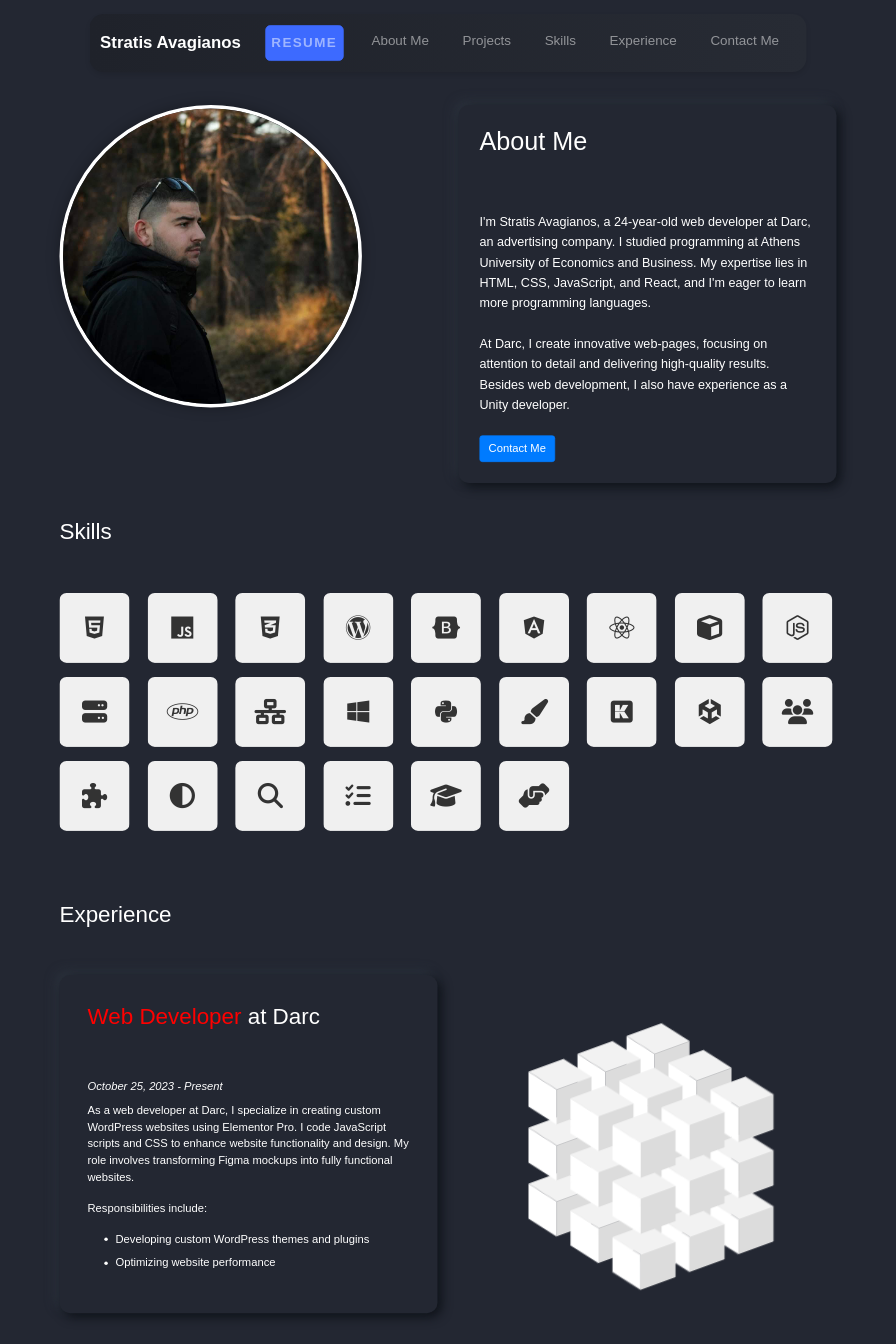
Repository: ava1313/Portfolio
Page: index.html
The author's editor kept a copy of each file at every save. The page is drawn from the files as they stood at one save, then again after the next save.
The browser window is 1280 px wide. The pictures show the part of the page from y = 0 to 1920 px (the page is 3454 px tall), at 70% of full size.
Some web libraries are served in a nearby version.

Above is the page before, as saved 2025-05-08 01:11:32.

After the next save:
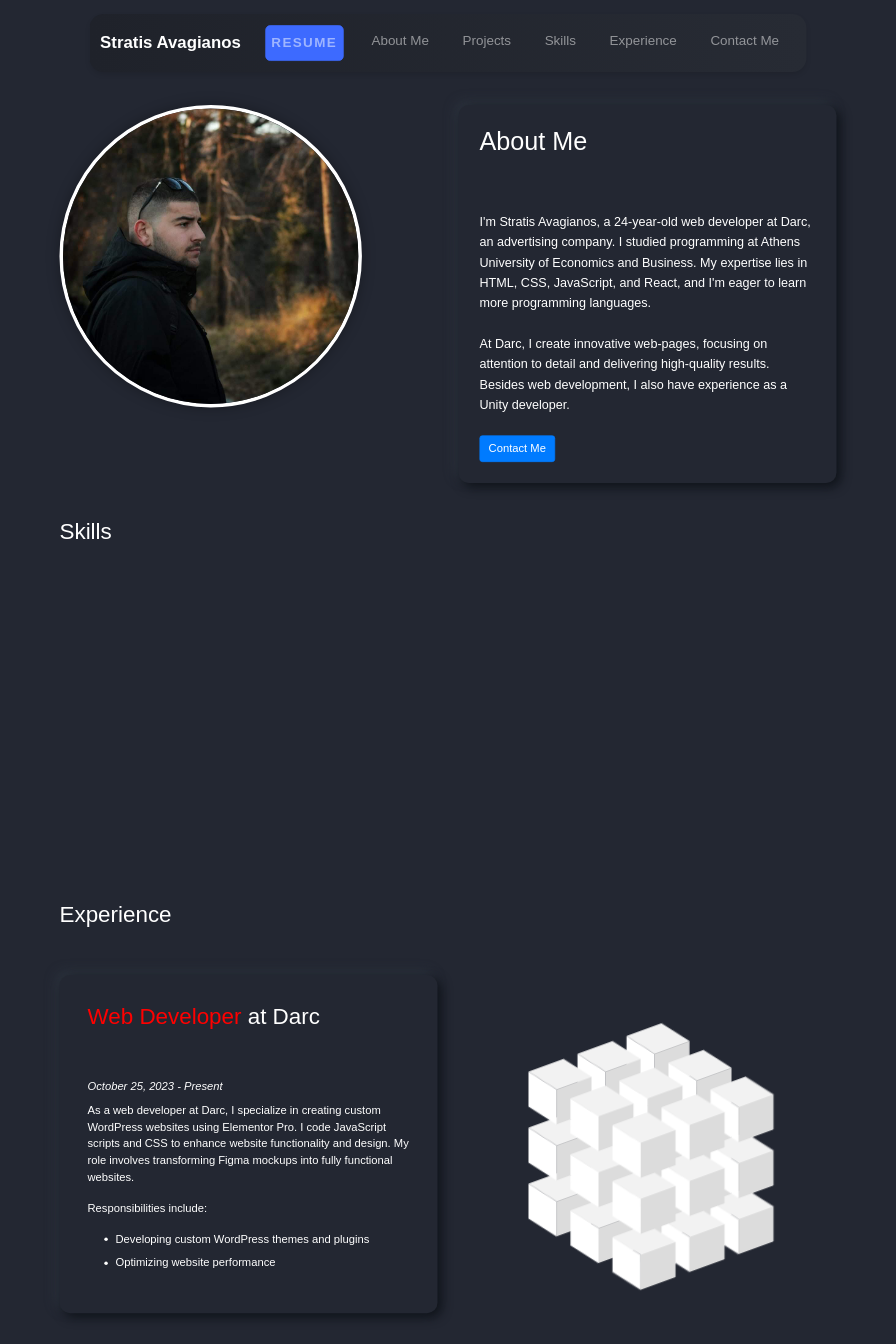
Console error: ReferenceError: firebase is not defined
Saved 2 min 11 s later.
--- a/script.js
+++ b/script.js
@@ -1,52 +1,63 @@
-function handleScroll() {
-    var skillsSection = document.getElementById('skills');
-    var viewportHeight = window.innerHeight;
-    var sectionTop = skillsSection.getBoundingClientRect().top;
-    var sectionHeight = skillsSection.offsetHeight;
+// ——— Firebase Visitor Counter ———
+const firebaseConfig = {
+    apiKey: "AIzaSyCoyF5L_ipi7Z7nDql1oZfRUn6dvsLcdZw",
+    authDomain: "esp32-oled-d0815.firebaseapp.com",
+    databaseURL: "https://esp32-oled-d0815-default-rtdb.europe-west1.firebasedatabase.app",
+    projectId: "esp32-oled-d0815",
+    storageBucket: "esp32-oled-d0815.firebasestorage.app",
+    messagingSenderId: "500729183488",
+    appId: "1:500729183488:web:2842ecd3d473869f6107e5",
+    measurementId: "G-X6VCTKG79W"
+  };
 
-    // Calculate the middle of the section and the viewport
-    var middleOfSection = sectionTop + sectionHeight / 2;
-    var middleOfViewport = viewportHeight / 1;
+  firebase.initializeApp(firebaseConfig);
+  const visitorsRef = firebase.database().ref('visitors');
 
-    // Debugging output
-    console.log("Scroll Event: Middle of section:", middleOfSection, "Middle of viewport:", middleOfViewport);
+  // ——— UI Handlers ———
 
-    // Check if the middle of the section is at or has passed the middle of the viewport
-    if (middleOfSection <= middleOfViewport) {
-        var skills = document.querySelectorAll('.skills-grid .skill');
-        skills.forEach(skill => {
-            skill.classList.add('animate');
-        });
-        // Remove event listener to prevent re-animation on further scrolls
-        window.removeEventListener('scroll', handleScroll);
+  // Toggle popup menu visibility
+  function togglePopup() {
+    const menu = document.getElementById('popupMenu');
+    menu.style.display = (menu.style.display === 'none' || menu.style.display === '')
+      ? 'flex'
+      : 'none';
+  }
+
+  // Animate skills when they *enter* the viewport, staggered one-by-one
+  function handleScroll() {
+    const skillsSection = document.getElementById('skills');
+    const rect          = skillsSection.getBoundingClientRect();
+
+    // Trigger as soon as the top of #skills is <= bottom of viewport
+    if (rect.top <= window.innerHeight) {
+      document.querySelectorAll('.skills-grid .skill').forEach((skill, i) => {
+        setTimeout(() => skill.classList.add('animate'), i * 100);
+      });
+      window.removeEventListener('scroll', handleScroll);
     }
-}
+  }
 
-// Initial event listener setup
-window.addEventListener('scroll', handleScroll);
+  // ——— Bootstrap Everything on DOMContentLoaded ———
 
-// Check immediately in case the section is already in view on initial page load
-document.addEventListener('DOMContentLoaded', handleScroll);
+  window.addEventListener('DOMContentLoaded', () => {
+    // 1) Increment visitor count silently
+    visitorsRef
+      .transaction(c => (c || 0) + 1)
+      .catch(err => console.error('Firebase tx failed:', err));
 
+    // 2) Popup menu toggle
+    document.getElementById('toggleMenu')
+      .addEventListener('click', togglePopup);
 
+    // 3) Close popup on any link or close-button click
+    document.querySelectorAll('#popupMenu .nav-link, #popupMenu button')
+      .forEach(el =>
+        el.addEventListener('click', () => {
+          document.getElementById('popupMenu').style.display = 'none';
+        })
+      );
 
-
-document.addEventListener('DOMContentLoaded', function () {
-    var toggleButton = document.getElementById('toggleMenu');
-    var popupMenu = document.getElementById('popupMenu');
-
-    toggleButton.addEventListener('click', function() {
-        popupMenu.style.display = 'block';
-    });
-
-    document.querySelectorAll('#popupMenu .nav-link').forEach(function(link) {
-        link.addEventListener('click', function() {
-            popupMenu.style.display = 'none';
-        });
-    });
-
-    // This part handles the close button
-    document.querySelector('#popupMenu button').addEventListener('click', function() {
-        popupMenu.style.display = 'none';
-    });
-});
+    // 4) Skills scroll animation
+    window.addEventListener('scroll', handleScroll);
+    handleScroll(); // trigger immediately if #skills is already in view
+  });
